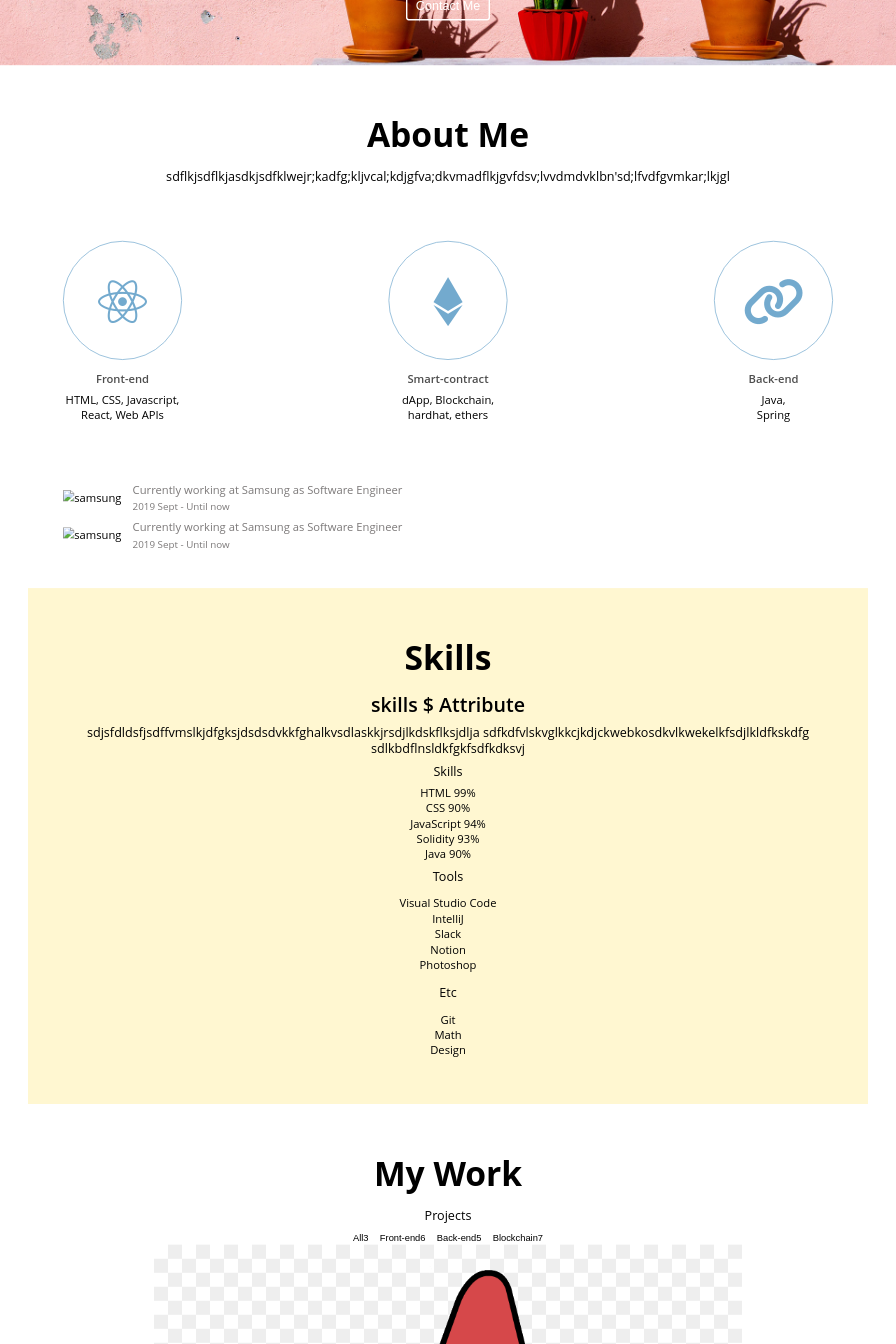
Repository: woojinShim/woojinShim.github.io
Page: index.html
An editor plug-in stored every save of this project. The page is shown before and after the next save, followed by the edit.
The browser window is 1280 px wide. The pictures show the part of the page from y = 643 to 2563 px (the page is 7103 px tall), at 70% of full size.
Some web libraries are served in a nearby version.

Above is the page before, as saved 2022-03-08 19:48:24.

### index.html
<!DOCTYPE html>
<html lang="en">
<head>
    <meta charset="UTF-8">
    <meta http-equiv="X-UA-Compatible" content="IE=edge">
    <meta name="viewport" content="width=device-width, initial-scale=1.0">
    <title>Document</title>
    <script
      src="https://kit.fontawesome.com/9eb162ac0d.js"
      crossorigin="anonymous"
    ></script>
    <style>
        @import url('https://fonts.googleapis.com/css2?family=Noto+Sans+KR:wght@100;400;700&display=swap');
        </style>
    <link rel="icon" type="image/png" href="img/favicon.png" />
    <link rel="stylesheet" href="style.css">
    <script scr="main.js"></script>
</head>
<body>
    <!-- Navbar -->
    <nav id="navbar">
        <div class="navbar__logo">
            <i class="fas fa-tools"></i>
            <a href="#">Lewis</a>
        </div>
        <ul class="navbar__menu">
            <li class="navbar__menu__item active">Home</li>
            <li class="navbar__menu__item">About</li>
            <li class="navbar__menu__item">Skills</li>
            <li class="navbar__menu__item">My work</li>
            <li class="navbar__menu__item">Testimonails</li>
            <li class="navbar__menu__item">Contact</li>
        </ul>
    </nav>
    <!-- Home -->
    <section id="home">
        <img src="img/puppy.png" alt="Lewis's photo" class="home__avator">
        <h1 class="home__title">Hello, <br/>I'm Lewis</h1>
        <h2 class="home__descrition">A SmartContract Engineer</h2>
        <button class="home__contact">Contact Me</button>
    </section>
    <!-- About -->
    <section id="about" class="section">
        <h1>About Me</h1>
        <p>sdflkjsdflkjasdkjsdfklwejr;kadfg;kljvcal;kdjgfva;dkvmadflkjgvfdsv;lvvdmdvklbn'sd;lfvdfgvmkar;lkjgl</p>
        <div class="about__majors">
            <div class="major">
                <div class="major__icon"><i class="fab fa-react"></i></div>
                <h2 class="major__title">Front-end</h2>
                <div class="major__description">HTML, CSS, Javascript,
                    <br /> React, Web APIs
                </div>
            </div>
            <div class="major">
                <div class="major__icon"><i class="fab fa-ethereum"></i></div>
                <h2 class="major__title">Smart-contract</h2>
                <div class="major__description">dApp, Blockchain,
                    <br /> hardhat, ethers
                </div>
            </div>
            <div class="major">
                <div class="major__icon"><i class="fas fa-link"></i></i></div>
                <h2 class="major__title">Back-end</h2>
                <div class="major__description">Java,
                    <br /> Spring
                </div>
            </div>
        </div>

        <div class="about__jobs">
            <div class="job">
                <img
                  src=""
                  alt="samsung"
                  class="job__logo"
                />
               <div class="job__description">
                <p class="job__name">
                  Currently working at Samsung as Software Engineer
                </p>
                <p class="job__period">2019 Sept - Until now</p>
               </div>
              </div>
              <div class="job">
                <img
                  src=""
                  alt="samsung"
                  class="job__logo"
                />
                <div class="job__description">
                  <p class="job__name">
                    Currently working at Samsung as Software Engineer
                  </p>
                  <p class="job__period">2019 Sept - Until now</p>
                 </div>
            </div>
        </div>
    </section>
    <!-- Skills -->
    <section id="skills" class="section">
        <h1>Skills</h1>
        <h2>skills $ Attribute</h2>
        <p>
            sdjsfdldsfjsdffvmslkjdfgksjdsdsdvkkfghalkvsdlaskkjrsdjlkdskflksjdlja
            sdfkdfvlskvglkkcjkdjckwebkosdkvlkwekelkfsdjlkldfkskdfg
            sdlkbdflnsldkfgkfsdfkdksvj
        </p>
        <div class="skillset">
            <div class="skillset__left">
                <h3 class="skillset__title">Skills</h3>
                <div class="skills">
                    <div class="skill_description">
                        <span>HTML</span>
                        <span>99%</span>
                    </div>
                    <div class="skill_description">
                        <span>CSS</span>
                        <span>90%</span>
                    </div>
                    <div class="skill_description">
                        <span>JavaScript</span>
                        <span>94%</span>
                    </div>
                    <div class="skill_description">
                        <span>Solidity</span>
                        <span>93%</span>
                    </div>
                    <div class="skill_description">
                        <span>Java</span>
                        <span>90%</span>
                    </div>

                </div>
            </div>
            <div class="skillset__right">
                <div class="tools">
                    <h3 class="skillset__title">Tools</h3>
                    <ul class="tools__list">
                        <li class="span">Visual Studio Code</li>
                        <li class="span">IntelliJ</li>
                        <li class="span">Slack</li>
                        <li class="span">Notion</li>
                        <li class="span">Photoshop</li>
                    </ul>
                </div>
                <div class="etc">
                    <h3 class="skillset__title">Etc</h3>
                    <ul class="etc__list">
                        <li><span>Git</span></li>
                        <li><span>Math</span></li>
                        <li><span>Design</span></li>
                    </ul>
                </div>
            </div>
        </div>
    </section>
    <!-- Work -->
    <section id="work" class="section">
        <h1>My Work</h1>
        <h3>Projects</h3>
        <div class="work__catagories">
            <button class="catagory__btn">All<span class="category__count">3</span></button>
            <button class="catagory__btn">Front-end<span class="category__count">6</span></button>
            <button class="catagory__btn">Back-end<span class="category__count">5</span></button>
            <button class="catagory__btn">Blockchain<span class="category__count">7</span></button>
        </div>

        <div class="work__projects">
            <a href="https://naver.com" class="project" target="blank">
                <img class="project__img" src="img/jin.png" alt="YouTube" />
                <div class="project__description">
                    <h3>Naver Site</h3>
                    <span>Clone Naver</span>
                </div>
            </a>
        </div>
        <div class="work__projects">
            <a href="https://naver.com" class="project" target="blank">
                <img class="project__img" src="img/jin.png" alt="YouTube" />
                <div class="project__description">
                    <h3>Naver Site</h3>
                    <span>Clone Naver</span>
                </div>
            </a>
        </div>
        <div class="work__projects">
            <a href="https://naver.com" class="project" target="blank">
                <img class="project__img" src="img/le.png" alt="YouTube" />
                <div class="project__description">
                    <h3>Naver Site</h3>
                    <span>Clone Naver</span>
                </div>
            </a>
        </div>
        <div class="work__projects">
            <a href="https://naver.com" class="project" target="blank">
                <img class="project__img" src="img/shim.png" alt="YouTube" />
                <div class="project__description">
                    <h3>Naver Site</h3>
                    <span>Clone Naver</span>
                </div>
            </a>
        </div>
        <div class="work__projects">
            <a href="https://naver.com" class="project" target="blank">
                <img class="project__img" src="img/yes.jfif" alt="YouTube" />
                <div class="project__description">
                    <h3>Naver Site</h3>
                    <span>Clone Naver</span>
                </div>
            </a>
        </div>
        <div class="work__projects">
            <a href="https://naver.com" class="project" target="blank">
                <img class="project__img" src="img/woo.png" alt="YouTube" />
                <div class="project__description">
                    <h3>Naver Site</h3>
                    <span>Clone Naver</span>
                </div>
            </a>
        </div>
    </section>
    <!-- testimonails -->
    <section id="testimonials" class="section">
        <h1>Testimonials</h1>
        <h3>See what they say about me</h3>
        <div class="testimonials">
            <div class="testimonial">
                <img src="img/man.jpg" alt="" class="testimonial__avator">
                <div class="testimonial__speech-bubble">
                    <p>
                        sdvkdfdfmvkdlkjtkfknsvkdnfgckvdkvkjvbdfgkkjsdkvjskjcvrngksdmcsdkck
                    </p>
                    <p class="name"><a href="">Lewis</a></p>
                </div>
            </div>
            <div class="testimonial">
                <img src="img/man.jpg" alt="" class="testimonial__avator">
                <div class="testimonial__speech-bubble">
                    <p>
                        sdvkdfdfmvkdlkjtkfknsvkdnfgckvdkvkjvbdfgkkjsdkvjskjcvrngksdmcsdkck
                    </p>
                    <p class="name"><a href="">Lewis</a></p>
                </div>
            </div>
        </div>
    </section>
    <!-- contact -->
    <section id="contact" class="section">
        <h1 class="contact__title">Let's talk</h1>
        <h2 class="contact__email">dream.coder@gmail.com</h2>
        <div class="contact__links">
            <a href="http://google.com" target="blank">
                <i class="fa-brands fa-github"></i>
            </a>
            <a href="http://google.com" target="blank">
                <i class="fa-brands fa-linkedin"></i>
            </a>
        </div>
        <p class="contact__rights">Dream coming - All Right Reserved.</p>
    </section>

</body>
</html>

### style.css
:root {
  /* Color */
  --color-white: #ffffff;
  --color-light-white: #eeeeee;
  --color-dark-white: #bdbdbd;
  --color-pink: #fe918d;
  --color-dark-pink: #ff6863;
  --color-black: #4d4d4d;
  --color-dark-grey: #4d4d4d;
  --color-grey: #616161;
  --color-light-grey: #7c7979;
  --color-blue: #73aace;
  --color-yellow: #fff7d1;
  --color-orange: #feb546;
  --color-black: #000000;

  /* Font size */
  --font-large: 48px;
  --font-medium: 28px;
  --font-regular: 18px;
  --font-small: 16px;
  --font-micro: 14px;

  /* Font weight */
  --weight-bold: 700;
  --weight-semi-bold: 600;
  --weight-regular: 400;

  /* Size */
  --size-border-radius: 4px;

  /* Annimation */
  --animation-duration: 300ms;
}

/* Universal tags */
* {
  box-sizing: border-box;
}

body {
  font-family: "Open Sans", sans-serif;
  margin: 0;
  cursor: default;
}

a {
  text-decoration: none;
  color: var(--color-white);
}

ul {
  list-style: none;
  padding-left: 0;
}

li {
  list-style: none;
}

button {
  background-color: transparent;
  cursor: pointer;
  border: none;
  outline: none;
}

/* Typography */
h1 {
  font-size: var(--font-large);
  font-weight: var(--weight-bold);
  color: var(--color-black);
  margin: 16px 0px;
}

h2 {
  font-size: var(--font-medium);
  font-weight: var(--weight-semi-bold);
  color: var(--color-black);
  margin: 8px 0;
}

h3 {
  font-size: var(--font-regular);
  font-weight: var(--font-regular);
  color: var(--color-black);
  margin: 8px 0;
}

p {
  font-size: var(--font-regular);
  font-weight: var(--font-regular);
  color: var(--color-black);
  margin: 4px 0;
}

/* Navbar */
#navbar {
  display: flex;
  justify-content: space-between;
  align-items: center;
  padding: 16px;
  background-color: var(--color-pink);
}

.navbar__logo {
  font-size: var(--font-medium);
  font-weight: var(--weight-semi-bold);
  color: white;
}

.navbar__menu {
  display: flex;
}

.navbar__menu__item {
  padding: 8px 12px;
  margin: 0 4px;
  color: var(--color-white);
  cursor: pointer;
  border-radius: var(--size-border-radius);
}

.navbar__menu__item.active {
  border: 1px solid var(--color-white);
}

.navbar__menu__item:hover {
  background-color: var(--color-dark-pink);
  border-radius: 4px;
}

/* Home */
#home {
  background: url("img/Level.jpg") center/cover no-repeat;
  padding: 40px;
  text-align: center;
}

.home__avator {
  width: 250px;
  height: 250px;
  border-radius: 50%;
  border: 2px solid var(--color-light-white);
}

.home__contact {
  color: var(--color-white);
  font-size: var(--font-regular);
  font-weight: var(--weight-regular);
  margin: 24px;
  padding: 8px 12px;
  border: 2px solid var(--color-white);
  border-radius: var(--size-border-radius);
}

/* Section common */
.section {
  padding: 50px;
  text-align: center;
  max-width: 1200px;
  margin: auto;
}

.about__majors {
  display: flex;
  justify-content: space-between;
  margin: 80px 0;
}

.major__icon {
  width: 170px;
  height: 170px;
  line-height: 170px;
  font-size: 70px;
  margin: auto;
  color: var(--color-blue);
  border: 1px solid var(--color-blue);
  border-radius: 50%;
  margin-bottom: 16px;
}

.major__icon i {
  transition: all 300ms ease;
}

.major__icon:hover i {
  color: var(--color-pink);
  transform: rotate(-30deg) scale(1.1);
}

.major__title,
.major__descrition {
  color: var(--color-dark-grey);
  font-size: var(--font-small);
}

.major__descrition {
  font-size: var(--font-small);
}

.job {
  display: flex;
  align-items: center;
}

.job__description {
  margin: 0 16px;
  text-align: left;
}

.job__name,
.job__period {
  color: var(--color-light-grey);
}

.job__name {
  font-size: var(--font-small);
}

.job__period {
  font-size: var(--font-micro);
}

/* Skill */

#skills {
  background-color: var(--color-yellow);
}

After the next save:
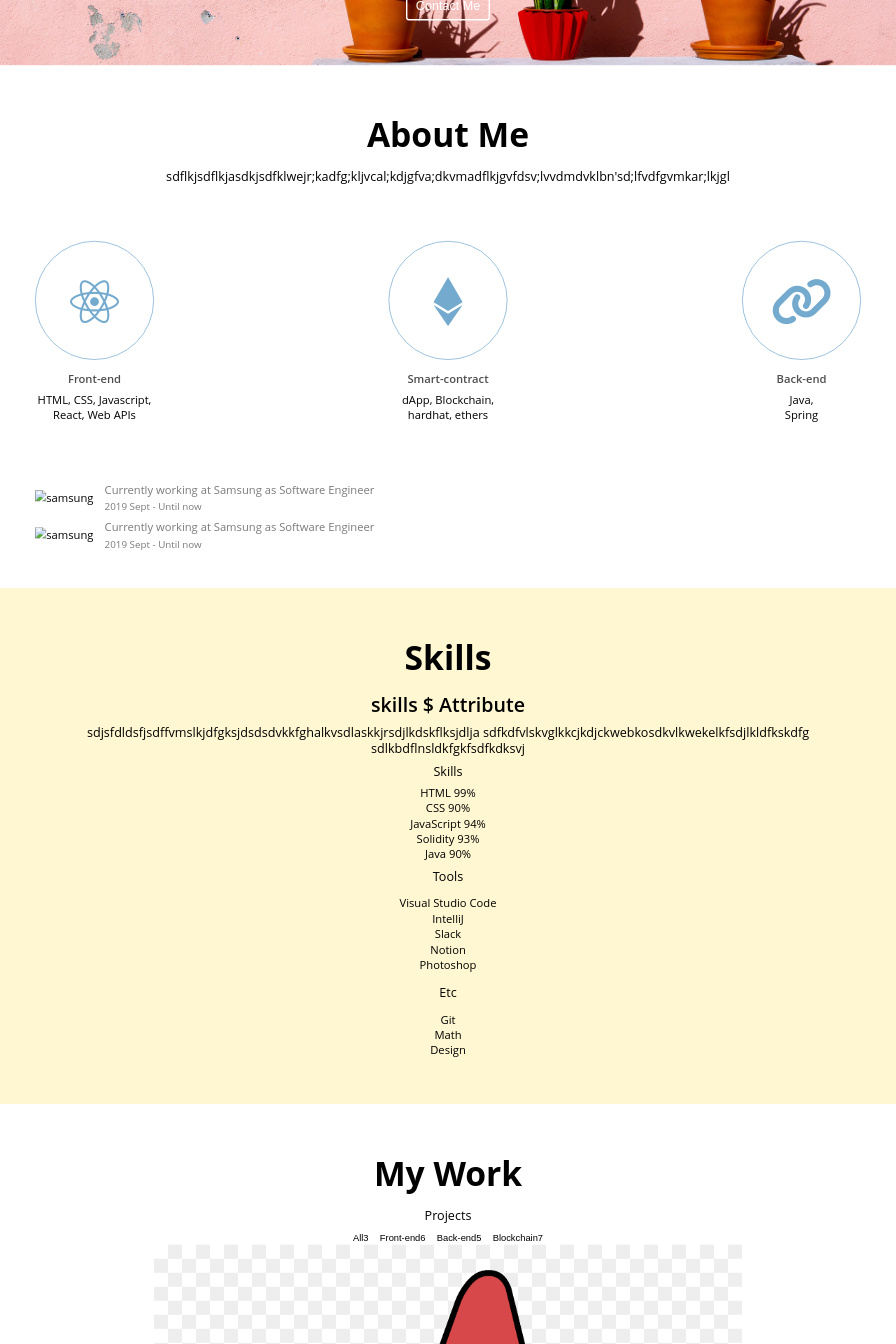
Saved 89 s later.
--- a/style.css
+++ b/style.css
@@ -158,8 +158,11 @@
 .section {
   padding: 50px;
   text-align: center;
+  margin: auto;
+}
+
+.section__container {
   max-width: 1200px;
-  margin: auto;
 }
 
 .about__majors {
